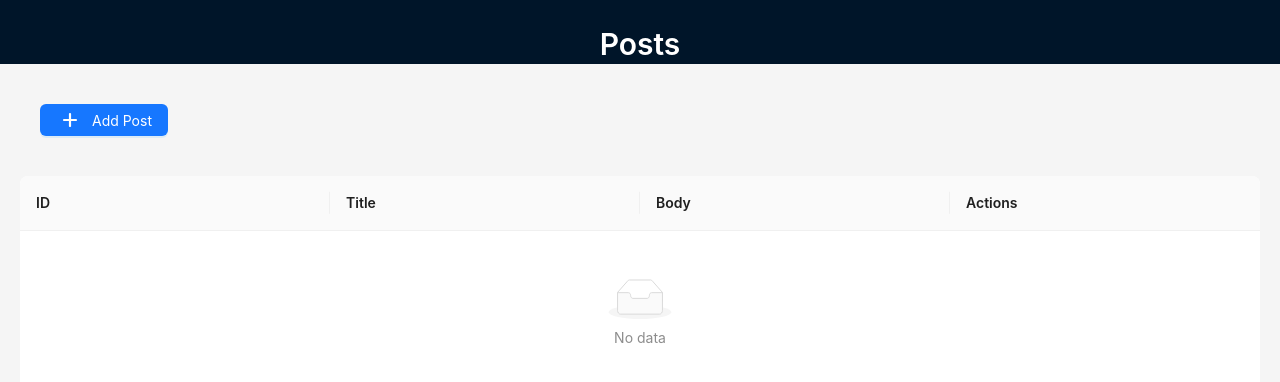
Repository: yasserrrz/Denamo-posts
Page: /
An editor plug-in stored every save of this project. The page is shown before and after a run of saves, followed by the edit.
The browser window is 1280 px wide. The pictures show the whole page.
The page's requests for data from a server got no answer. The project was rebuilt for these pictures with package versions that can differ from the ones it lists, and the page was loaded fresh each time. No one was signed in, and anything a server would have sent is missing. Also part of the build but not shown: src/components/PostForm.tsx.

Above is the page before, as saved 2024-11-28 15:34:57.

### src/App.tsx
import React, { useState } from 'react';
import { Button, Layout, Modal, Typography } from 'antd';
import DataTable from './components/DataTable';
// import AddPostForm from './components/AddPostForm';
import './App.css';
import PostForm from './components/PostForm';
import {ReactComponent as AddIcon} from "./assets/add-277.svg";
const { Header, Content } = Layout;
const { Title } = Typography;


const App: React.FC = () => {
  const [isModalOpen, setIsModalOpen] = useState(false);
  return (<>
    <Layout style={{ minHeight: '100vh' }}>
      <Header style={{ color: 'white', textAlign: 'center' }}>
        <Title level={2} style={{ color: 'white' , textAlign: 'center' , marginBottom: '20px' }}>
          Posts
        </Title>
      </Header>

      <Content style={{ padding: '20px' }}>
         <div style={{margin: '20px ' , display: 'flex', justifyContent: 'space-between' }}>
         <Button onClick={()=>{setIsModalOpen(true)}} type="primary"><AddIcon/> Add Post</Button>
         </div>
        <div style={{ marginTop: '40px' }}>
          <DataTable />
        </div>
      </Content>
    </Layout>
    <Modal open={isModalOpen} title="Add New Post" centered width={800} onCancel={() => setIsModalOpen(false)} footer={null}>
      <PostForm  setIsModalOpen={setIsModalOpen} />
    </Modal>
  </>
  );
};

export default App;

### src/components/DataTable.tsx
import React, { useEffect, useState } from 'react';
import { Table, Button, Modal, Form, Input, notification } from 'antd';
import axios from 'axios';
import { Post } from '../types/Post';
import {ReactComponent as EditIcon} from "../assets/edit.svg"
import {ReactComponent as DeleteIcon} from "../assets/delete-icon-1.svg"
const DataTable: React.FC = () => {
  const [posts, setPosts] = useState<Post[]>([]);
  const [loading, setLoading] = useState<boolean>(true);
  const [editingPost, setEditingPost] = useState<Post | null>(null);
  const [isModalOpen, setIsModalOpen] = useState<boolean>(false);
  const [deleteModalOpen, setDeleteModalOpen] = useState<boolean>(false);

  useEffect(() => {
    const fetchData = async () => {
      setLoading(true);
      try {
        const response = await axios.get<Post[]>('https://jsonplaceholder.typicode.com/posts');
        setPosts(response.data);
      } catch (error) {
        console.log(error);
      } finally {
        setLoading(false);
      }
    };

    fetchData();
  }, []);

  const handleEdit = (post: Post) => {
    setEditingPost(post);
    setIsModalOpen(true);
  };

  const handleUpdatePost = async (values: Omit<Post, 'id'>) => {
    if (!editingPost) return;

    try {
      const response = await axios.put<Post>(
        `https://jsonplaceholder.typicode.com/posts/${editingPost.id}`,
        values
      );
      setPosts((prev) =>
        prev.map((post) => (post.id === editingPost.id ? { ...post, ...response.data } : post))
      );
      notification.success({
        message: 'Post Updated',
        description: `Post with ID ${editingPost.id} was updated successfully.`,
      });
    } catch (error) {
      notification.error({
        message: 'Error',
        description: 'Failed to update the post.',
      });
    } finally {
      setIsModalOpen(false);
      setEditingPost(null);
    }
  };

  const handleDelete = async (id: number) => {
    try {
      await axios.delete(`https://jsonplaceholder.typicode.com/posts/${id}`);
      setPosts((prev) => prev.filter((post) => post.id !== id));
      notification.success({
        message: 'Post Deleted',
        description: `Post with ID ${id} was deleted successfully.`,
      });
    } catch (error) {
      notification.error({
        message: 'Error',
        description: 'Failed to delete the post.',
      });
    }
    setDeleteModalOpen(false);
  };

  const columns = [
    {
      title: 'ID',
      dataIndex: 'id',
      key: 'id',
    },
    {
      title: 'Title',
      dataIndex: 'title',
      key: 'title',
    },
    {
      title: 'Body',
      dataIndex: 'body',
      key: 'body',
    },
    {
      title: 'Actions',
      key: 'actions',
      render: (text: any, record: Post) => (
        <div style={{ width: '100%', display: 'flex', gap: '10px', justifyContent: 'space-around' }}>
          <Button type="primary"  onClick={() => handleEdit(record)}>
            <EditIcon/>
          </Button>
          <Button type={"primary"} danger onClick={() => {
            setEditingPost(record);
            setDeleteModalOpen(true);
          }}>
            <DeleteIcon/>
          </Button>
        </div>
      ),
    },
  ];

  return (
    <>
      <Table
        dataSource={posts}
        columns={columns}
        rowKey="id"
        loading={loading}
        scroll={{ y: "calc(100vh - 250px)",  x: 700}}
        pagination={{ pageSize: 10 }}
      />

      {/* Edit Modal */}
      <Modal
        title="Edit Post"
        open={isModalOpen}
        onCancel={() => setIsModalOpen(false)}
        footer={null}
        style={{maxWidth: 800}}
        centered
      >
        <Form
          initialValues={{ title: editingPost?.title, body: editingPost?.body }}
          onFinish={handleUpdatePost}
          layout="vertical"
        >
          <Form.Item
            name="title"
            label="Title"
            rules={[{ required: true, message: 'Please input the title!' }]}

          >
            <Input placeholder="Enter post title" />
          </Form.Item>
          <Form.Item
            name="body"
            label="Body"
            rules={[{ required: true, message: 'Please input the body!' }]}
          >
            <Input.TextArea rows={4} placeholder="Enter post body" />
          </Form.Item>
          <Form.Item style={{ textAlign: 'center' , display: 'flex', justifyContent: 'flex-end' }}>
            <Button type="default"  htmlType="submit">
              Update Post
            </Button>
          </Form.Item>
        </Form>
      </Modal>

      {/* Delete Modal */}
      <Modal
        title="Delete Post"
        open={deleteModalOpen}
        onCancel={() => setDeleteModalOpen(false)}
        footer={null}
        style={{ maxWidth: 500 }}
        centered
      >
        <p>Are you sure you want to delete this post?</p>
        <div style={{ display: 'flex', gap: '10px', justifyContent: "flex-end" }}>
          <button className='delete-btn' onClick={() => handleDelete(editingPost?.id || 0)}>
            Yes
          </button>
          <button  className='cancel' onClick={() => setDeleteModalOpen(false)}>No</button>
        </div>
      </Modal>
    </>
  );
};

export default DataTable;

### src/App.css
.cancel{
  color: #000000e0;
  background-color: #fff;
  border: 1px solid #000000e0;
  border-radius: 8px;
  padding: 8px 15px;
  cursor: pointer;
  transition: all 0.15s ease-in-out;
}

.cancel:hover{
  background-color: #000000e0;
  color: #fff;
}

.delete-btn{
  color: #fff;
  background-color: #ff4d4f;
  border: 1px solid #ff4d4f;
  border-radius: 8px;
  padding: 8px 15px;
  cursor: pointer;
  transition: all 0.15s ease-in-out;
}

.delete-btn:hover{
  background-color: #fff;
  color: #ff4d4f;
  border: 1px solid #ff4d4f;
}

.ant-table-body {
  scrollbar-width: thin;
  scrollbar-color: #888 #f5f5f5;
  overflow-y: scroll; /* Ensure vertical scrolling is functional */
  scrollbar-width: none; /* Hide scrollbar in Firefox */
}

.ant-table-body ::-webkit-scrollbar-corner
 {
  display: none;
}

.svg-container {
  width: 24px;
  height: 24px;
}

.svg-container svg {
  width: 100%;
  height: 100%;
}

Loaded but not shown: public/index.html (common file); src/index.tsx (common file); src/index.css (common file); src/reportWebVitals.ts (common file)

After the next 3 saves:
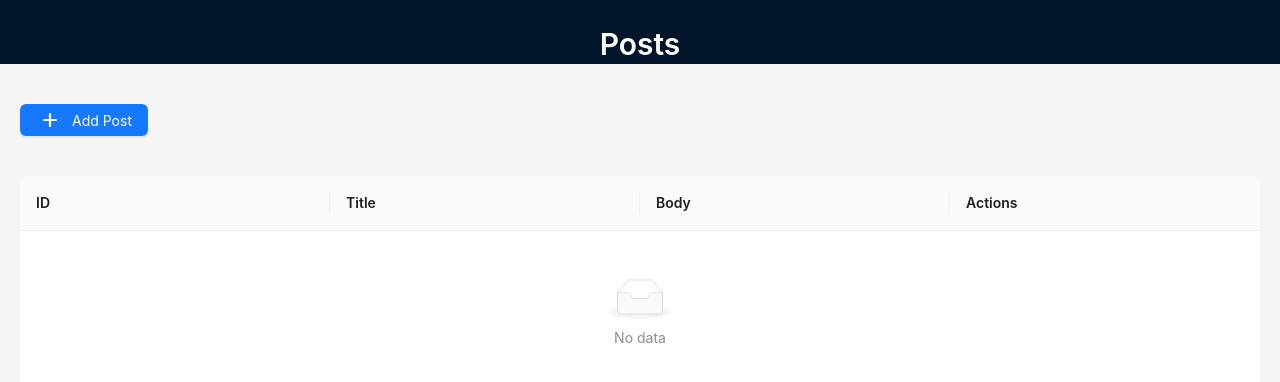
The 3 saves are shown as one change because they came seconds apart.
The last was saved 25 s later.
--- a/src/App.tsx
+++ b/src/App.tsx
@@ -20,7 +20,7 @@ const App: React.FC = () => {
       </Header>
 
       <Content style={{ padding: '20px' }}>
-         <div style={{margin: '20px ' , display: 'flex', justifyContent: 'space-between' }}>
+         <div style={{marginTop: '20px ' , marginBottom: '20px' , display: 'flex', justifyContent: 'space-between' }}>
          <Button onClick={()=>{setIsModalOpen(true)}} type="primary"><AddIcon/> Add Post</Button>
          </div>
         <div style={{ marginTop: '40px' }}>
